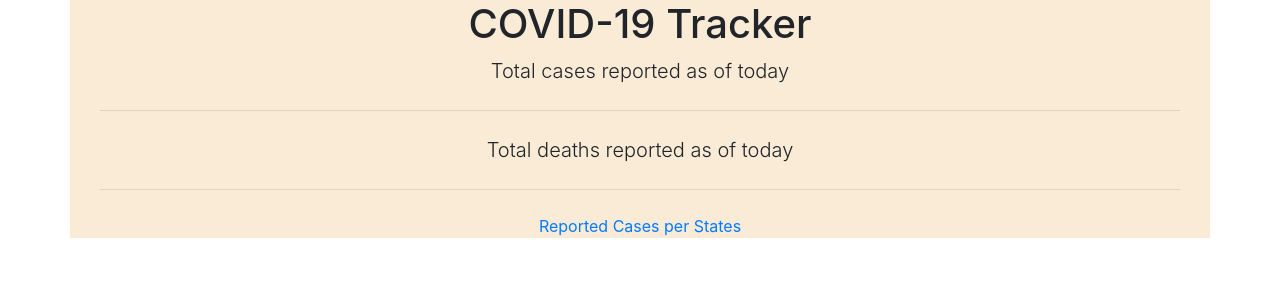
Repository: kimjuneyoung5/Bootcamp-Java
Page: http://localhost/CovidTrackingApp/WEB-INF/index.jsp
These files come from the project's save history. The page is drawn as it stood at one moment and after the next save; the edit follows.
The browser window is 1280 px wide. The pictures show the whole page.
The page is served by Tomcat 9. Nobody is signed in. The template is opened directly, without the code that normally fills it, so the values that code supplies are empty.

Above is the page before, as saved 2021-10-01 21:51:46.

After the next save:
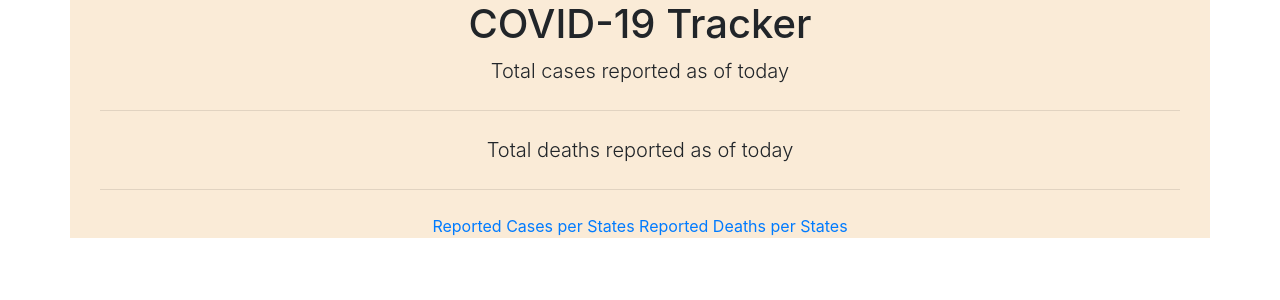
Saved 61 s later.
--- a/oop/CovidTrackingApp/src/main/webapp/WEB-INF/index.jsp
+++ b/oop/CovidTrackingApp/src/main/webapp/WEB-INF/index.jsp
@@ -32,6 +32,7 @@
     	<p class="lead">Total deaths reported as of today</p>
     	<hr class="my-4">
     	<a href="/cases">Reported Cases per States</a>
+    	<a href="/deaths">Reported Deaths per States</a>
 	</div>
 
 </div>
